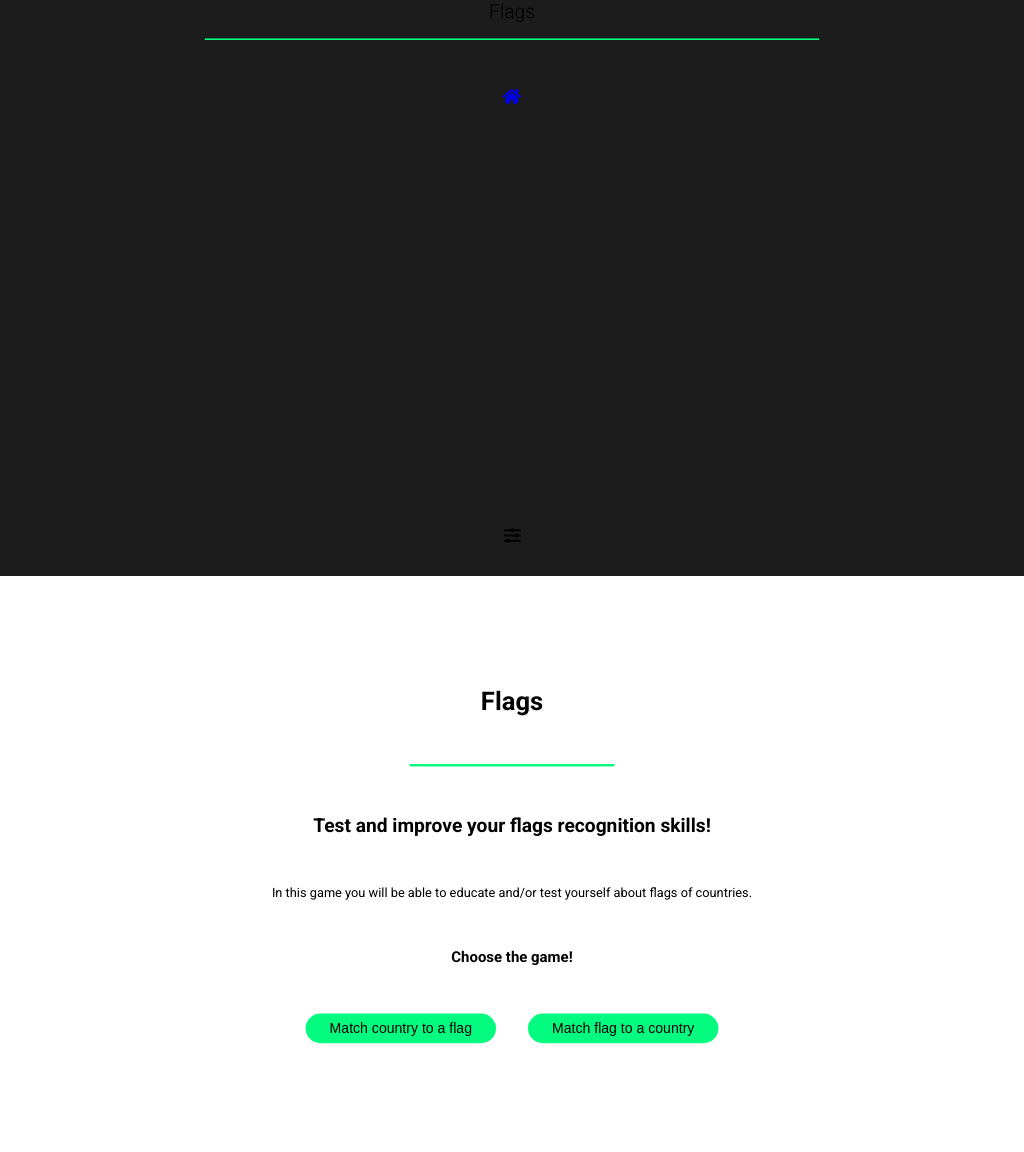
Repository: RXBVK/Flags
Page: /
The author's editor kept a copy of each file at every save. The page is drawn from the files as they stood at one save, then again after a run of saves.
The browser window is 1280 px wide. The pictures show the whole page, at 80% of full size.
The page's requests for data from a server got no answer. The project was rebuilt for these pictures with package versions that can differ from the ones it lists, and the page was loaded fresh each time. No one was signed in, and anything a server would have sent is missing. Also part of the build but not shown: src/components/Games/CountryToFlag/CountryToFlag.js.

Above is the page before, as saved 2021-06-29 18:09:28.

After the next 2 saves:
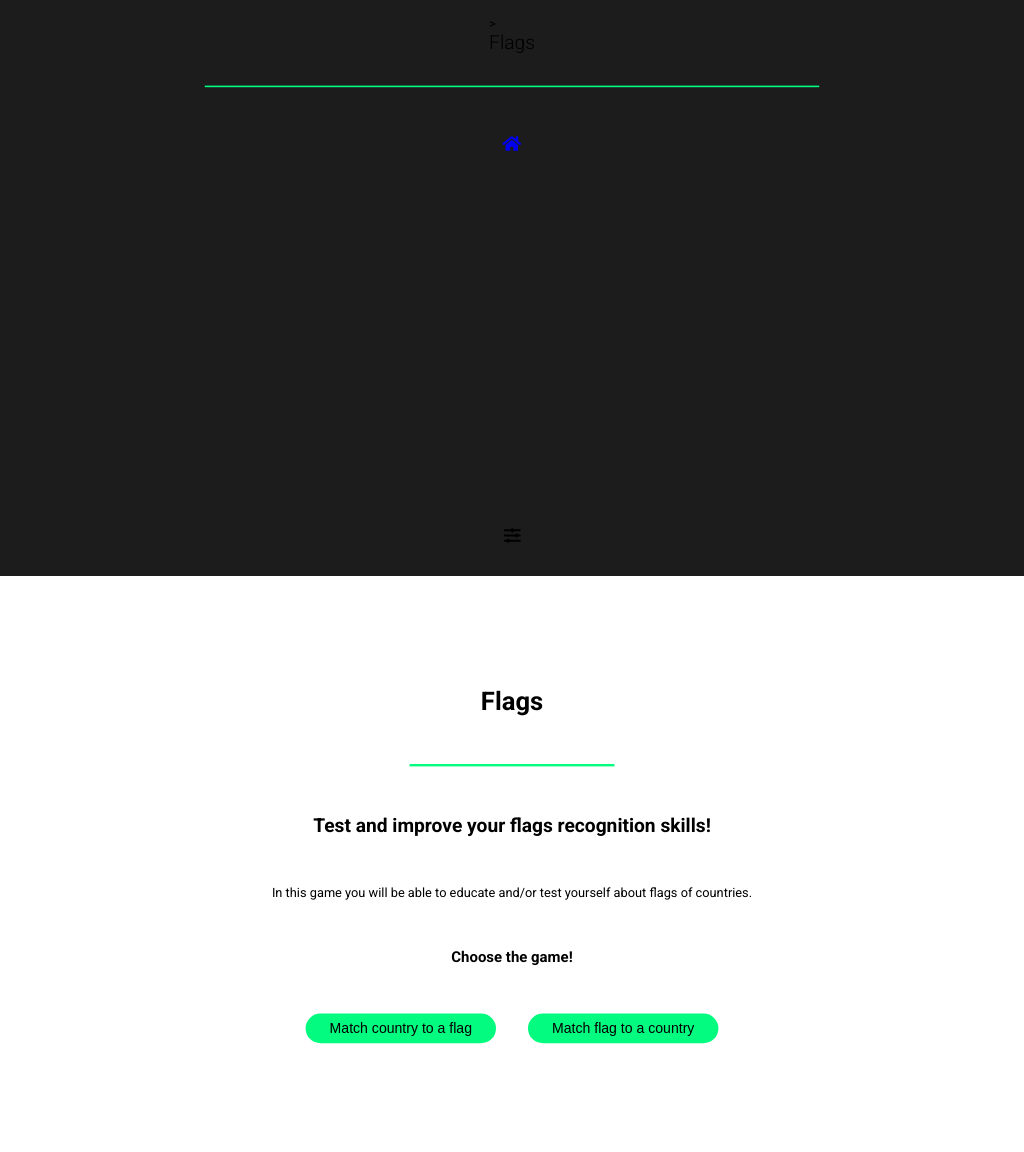
The 2 saves are shown as one change because they came seconds apart.
The last was saved 55 s later.
--- a/src/components/Navigation/Navigation.js
+++ b/src/components/Navigation/Navigation.js
@@ -11,7 +11,9 @@ export default function Navigation() {
   return (
     <>
       <div className="navigation">
-        <logo className="navigation__logo">Flags</logo>
+        <header>
+          ><h1 className="navigation__logo">Flags</h1>
+        </header>
         <Divider width={60} height={3} />
         <div className="navigation__menu">
           <NavLink exact to="/">
